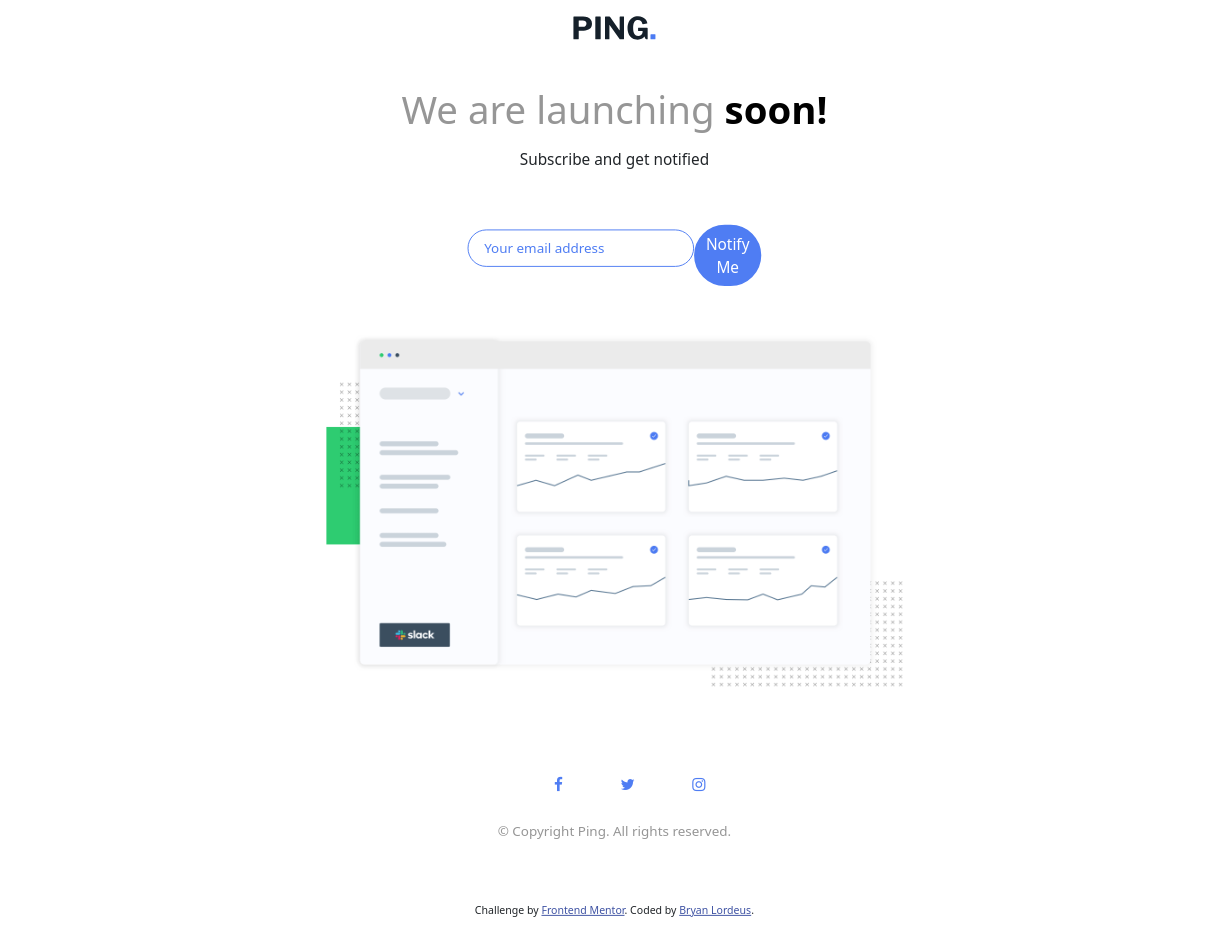
Repository: blordeus/ping-coming-soon-page-master
Page: index.html
These files come from the project's save history. The page is drawn as it stood at one moment and after the next save; the edit follows.
The browser window is 1280 px wide. The pictures show the whole page, at 96% of full size.
The style sheet was rebuilt from its Sass, Less or Tailwind sources for each picture, by a compiler version that may differ from the author's.

Above is the page before, as saved 2023-08-31 12:37:25.

After the next save:
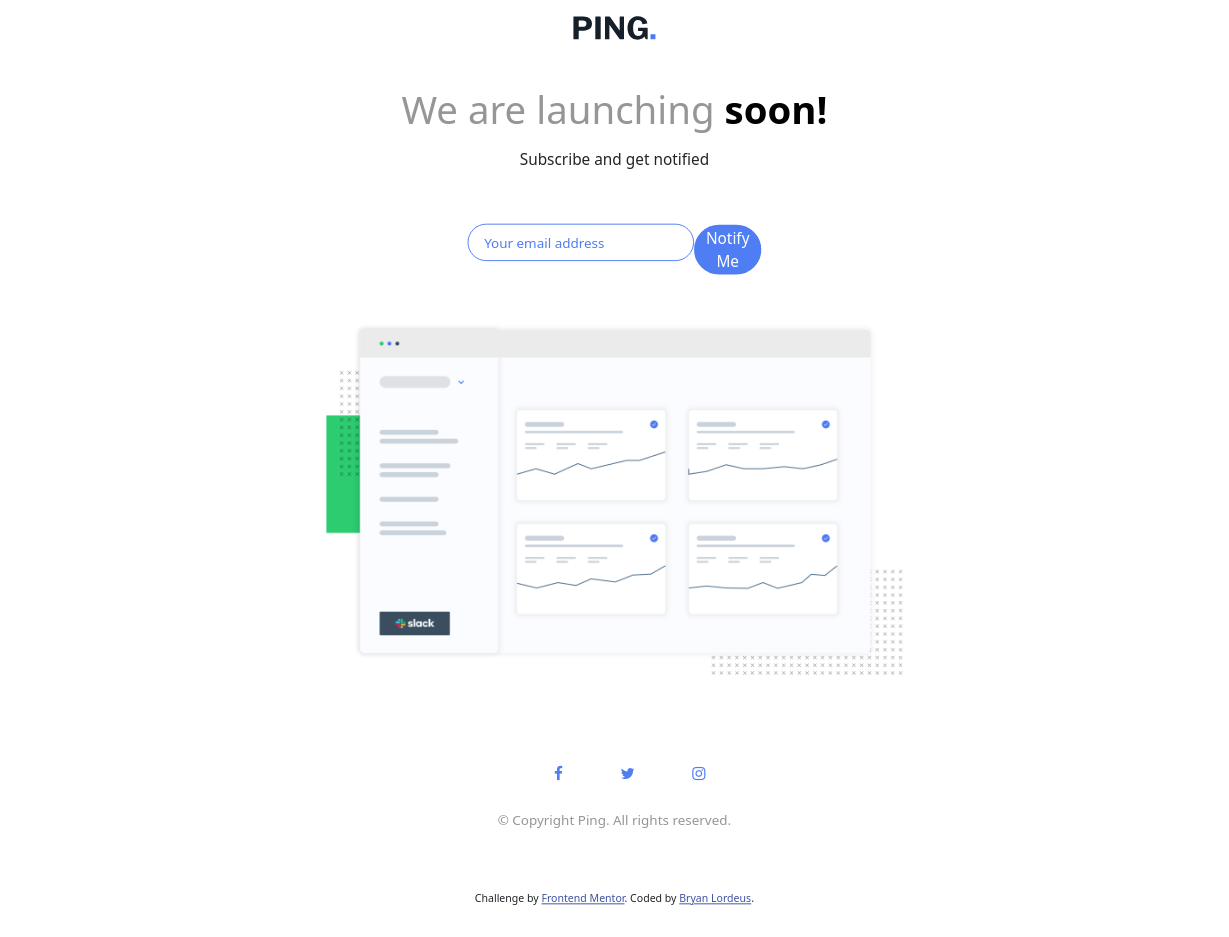
Saved 9 s later.
--- a/style.scss
+++ b/style.scss
@@ -127,7 +127,7 @@
     }
 
     button {
-        padding: 6px 10px;
+        padding: 0px 10px;
     }
 
     .showcase img {

After the 2 saves that followed:
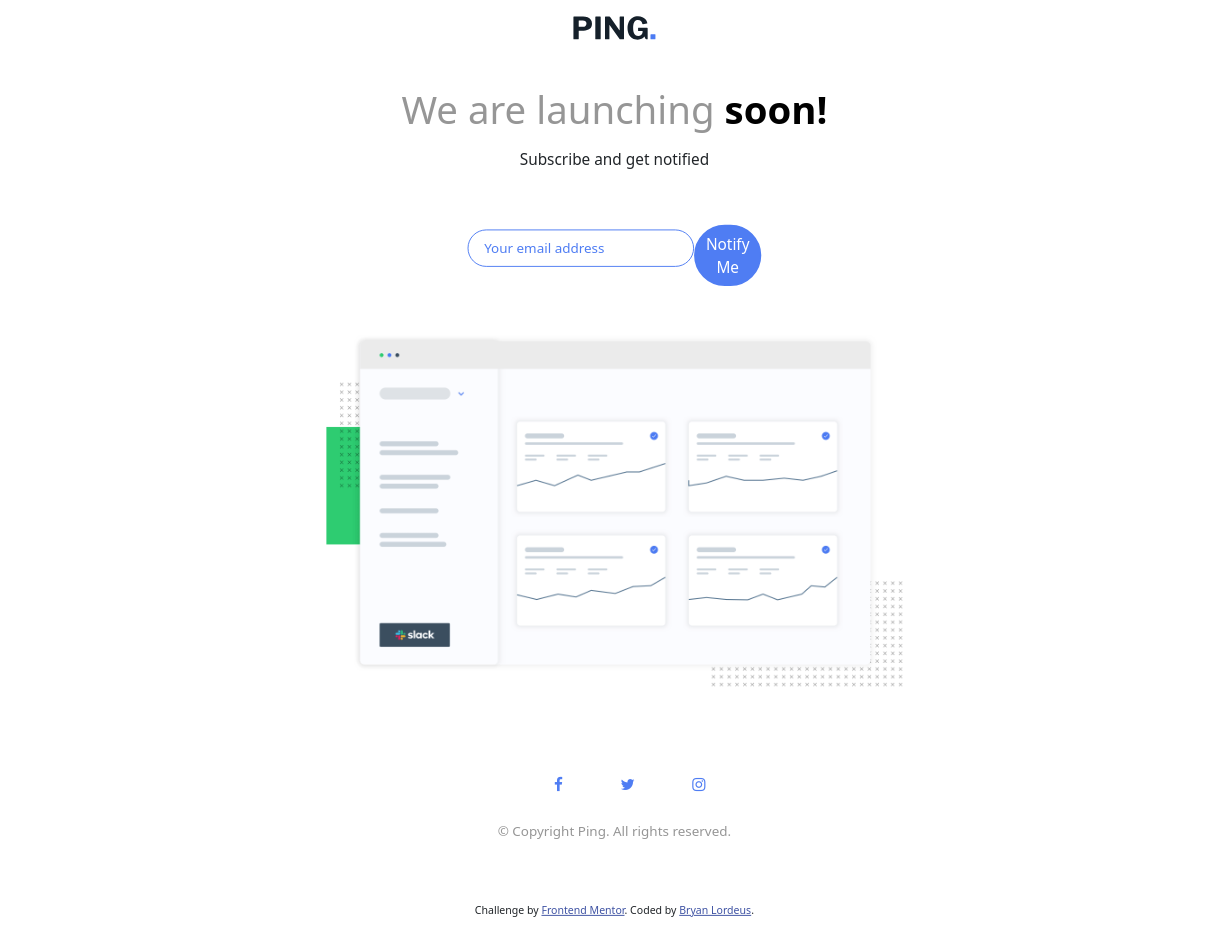
The 2 saves are shown as one change because they came seconds apart.
The last was saved 7 s later.
--- a/style.scss
+++ b/style.scss
@@ -127,7 +127,7 @@
     }
 
     button {
-        padding: 0px 10px;
+        padding: 6px 10px;
     }
 
     .showcase img {
